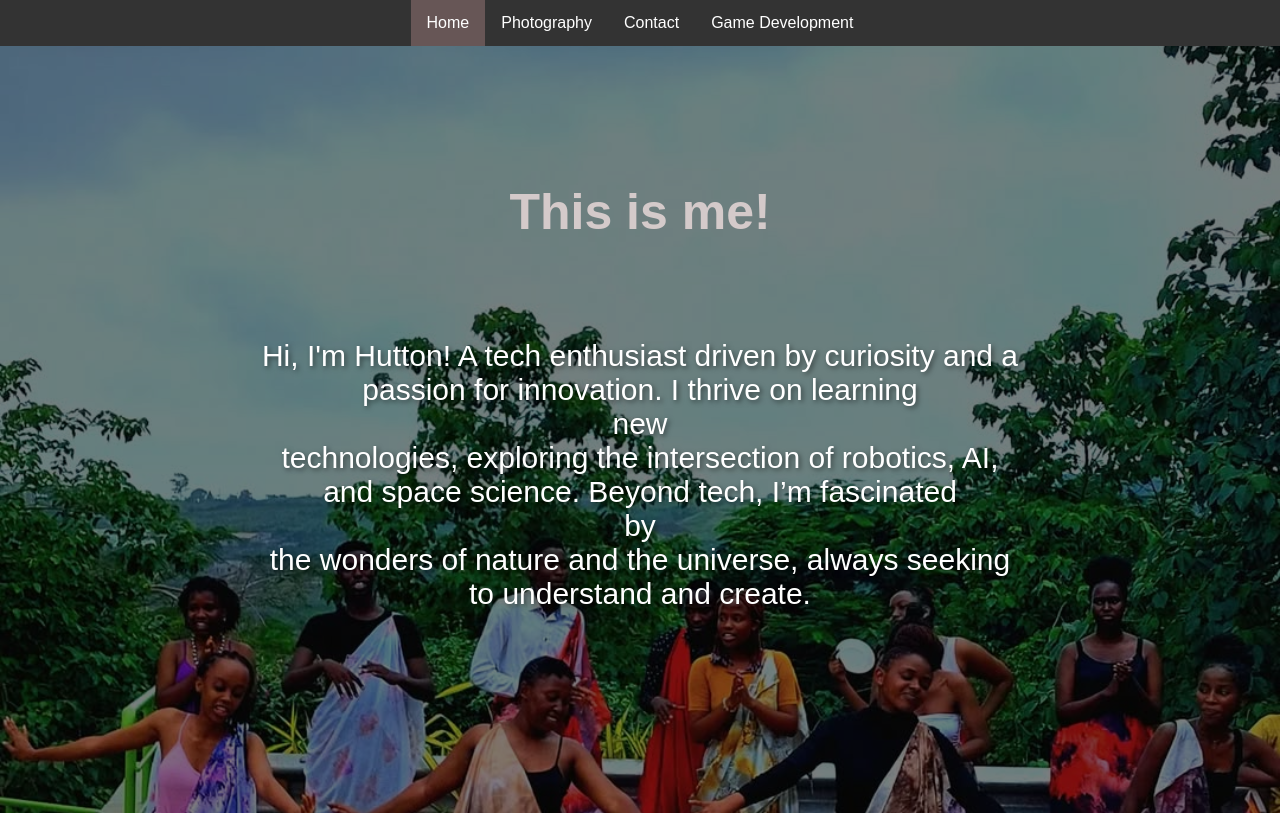
Repository: Argivist/ArgPortfolio
Page: index.html
The author's editor kept a copy of each file at every save. The page is drawn from the files as they stood at one save, then again after the next save.
The browser window is 1280 px wide. The pictures show the part of the page from y = 0 to 813 px (the page is 1515 px tall).
Pictures or frames that could not be fetched are drawn as grey boxes. Backgrounds fixed to the window are drawn as part of the page.

Above is the page before, as saved 2025-03-28 21:58:08.

### index.html
<!DOCTYPE html>
<html lang="en">

<head>
    <meta charset="UTF-8">
    <meta name="viewport" content="width=device-width, initial-scale=1.0">
    <link rel="stylesheet" href="css/styles.css">
    <link rel="stylesheet" href="css/nav.css">
    <link rel="stylesheet" href="css/home.css">

    <title>Hutton Amison-Addy</title>

    <style>
        body {
            background-color: #f0f0f0;
            font-family: 'Arial', sans-serif;
        }
    </style>
</head>

<body>
    <nav>
        <ul>
            <li class="nav-content active active-text"><a href="index.html">Home</a></li>
            <li class="nav-content"><a href="https://www.instagram.com/theworldinoneseye/">Photography</a></li>

            <li class="dropdown nav-content">
                <a href="contact.html">Contact</a>
                <ul class="dropdown-content">
                    <li><a href="https://www.linkedin.com/in/hutton-amison-addy-7b1b3b1b1/">LinkedIn</a></li>
                    <li><a href="https://www.github.com/Argivist">GitHub</a></li>
                    <li><a href="mailto:hutton.amison@ashesi.edu.gh">hutton.amison@ashesi.edu.gh</a></li>
                    <li><a href="mailto:huttonaaddy.public@gmail.com">huttonaaddy.public@gmail.com</a></li>
                </ul>
            </li>

            <li class="dropdown nav-content">
                <a href="#">Game Development</a>
                <ul class="dropdown-content">
                    <li><a href="game/index.html">Game Development Projects</a></li>
                    <li><a href="blender/index.html">Blender</a></li>
                </ul>
            </li>
        </ul>
    </nav>
    <div class="padding">
    </div>
    <div class="overlay">

        <div class="thisisme section">
            <h1>This is me!</h1>
            <p class="desc">
                Hi, I'm Hutton! A tech enthusiast driven by curiosity and a passion for innovation. I thrive on learning
                new
                technologies, exploring the intersection of robotics, AI, and space science. Beyond tech, I’m fascinated
                by
                the wonders of nature and the universe, always seeking to understand and create.
            </p>
        </div>

        <div class="interests section">
            <h2 class="mi">My Interests</h2>

            <div class="interest robotics">
              <div class="intdesc">
                <h3>AI and Robotics</h3>
                <p>Currently learning about AI and Robotics; add more details here.</p>
              </div>
            </div>

            <div class="interest gamedev">
              <div class="intdesc">
                <h3>Game Development</h3>
                <p><!-- TODO: describe game dev passion --></p>
              </div>
            </div>

            <div class="interest space">
              <div class="intdesc">
                <h3>Space &amp; the Universe</h3>
                <p>Exploring the cosmos and beyond.</p>
              </div>
            </div>

            <div class="interest stem">
              <div class="intdesc">
                <h3>STEM in General</h3>
                <p>Passionate about all things science and technology.</p>
              </div>
            </div>

            <div class="interest nature">
              <div class="intdesc">
                <h3>Nature</h3>
                <p>Connecting with the natural world.</p>
              </div>
            </div>

            <div class="interest f1">
              <div class="intdesc">
                <h3>Formula 1</h3>
                <p class="desclong">Which sport spans the globe, with races stretching for miles and keeping you on edge, where drivers and teams extract every possible advantage with no margin for error.</p>
              </div>
            </div>
          </div>



    </div>

    </div>



</body>

</html>

### css/styles.css
body{
    height: 100%;
    margin: 0;
    padding: 0;
}

 p {
    white-space: pre-line; /* preserves newlines, but collapses extra spaces */
  }
  .overlay {
    /* position: fixed; */
    position: absolute;
    left: 0;
    width: 100%;
    /* height: 100%; */
    background-color: rgba(0, 0, 0, 0.5); /* Adjust opacity as needed */
    z-index: -1; /* Keeps it behind your content */
}

### css/nav.css
/* 1. Define default variables in :root */


/* NAV Content and Dropdown */
.nav-content {
    position: relative;
    display: inline-block;
}

.dropdown {
    position: relative; /* For proper absolute positioning of its child */
    display: inline-block;
}

.dropdown:hover .dropdown-content {
    display: block;
}

.dropdown-content {
    display: none;
    position: absolute; /* This makes it overlay other elements without affecting layout */
    background-color: var(--dropdown-bg);
    min-width: 160px;
    box-shadow: 0px 8px 16px 0px rgba(0,0,0,0.2);
    z-index: 1;
}

/* Nav Stylisation */
nav {
    background-color: var(--nav-bg);
    position: fixed;
    top: 0;
    left: 0;
    width: 100vw;
    z-index: 100;
    display: flex;
    justify-content: center;  /* Centers the nav content horizontally */
    align-items: center;      /* Vertically centers items */
    margin: 0;
    color: var(--nav-link-color);
}

/* Reserve space for the fixed navbar */
.padding {
    height: 35px;  /* Adjust this value to match your navbar's height */
    top: 0;
    left: 0;
    width: 100%;
    bottom: 0;
}

/* Nav List Styles */
nav ul {
    list-style-type: none;
    margin: 0;
    padding: 0;
    display: flex;
}

nav ul li {
    display: inline-block;
    margin: 0;
    text-align: center;
    /* If you want each <li> to match nav’s background: */
    background-color: var(--nav-bg);
}

/* Nav Links */
nav ul li a {
    display: block;
    color: var(--nav-link-color);
    text-align: center;
    padding: 14px 16px;
    text-decoration: none;
}

nav ul li a:hover {
    background-color: var(--nav-link-hover-bg);
    color: var(--nav-link-active-color);
}

/* Optional: Ensure dropdown list items take full width */
.dropdown ul li {
    width: 100%;
}

/* Active link styling */
.active {
    background-color: var(--active-bg);
    /* color: var(--nav-link-active-color); */
    text-decoration: none;
}
/* If .active is on the <li>, target the <a> inside */
.active-text{
    color: var(--nav-link-active-color);
}

### css/home.css
/* Custom Theme variables */
:root {
    --nav-bg: #333;
    --nav-link-color: #fff;
    --nav-link-hover-bg: #111;
    --dropdown-bg: #f9f9f9;
    --active-bg: #675656;
    --body-text-color: #f5c646;      /* General text color */
    --heading-text-color: #d4caca;   /* Headings, if desired */
    --interest-hover: #ffffff50;       /* Hover color for interest items */
}


h1 {
    color: var(--heading-text-color);
    font-size: 50px;
    text-align: center;
    /* text-shadow: 2px 2px 5px rgba(0, 0, 0, 0.5); */
}

/* p {

    color: var(--body-text-color);
    font-size: 30px;
    text-align: center;
    /* text-shadow: 2px 2px 5px rgba(0, 0, 0, 0.5); */
/*} */
.desc{
    color: var(--nav-link-color);
    font-size: 30px;
    text-align: center;
    text-shadow: 2px 2px 5px rgba(0, 0, 0, 0.5);
    /* large gap between left and right edges */
    margin-left: 20%;
    margin-right: 20%;
}

body {
    background-image:url('../img/home.jpeg');
    background-size:cover;    /* Ensures the image covers the whole screen */
    background-repeat: no-repeat;  /* Prevents tiling */
    background-position: center 15%;
    /* fixed bg */
    background-attachment: fixed;
    bottom: 0;
    /*  */
    /* background-position: center;   Centers the image */
}

/* Root variables for theme colors */
:root {
    --nav-link-color: #fff;
    --interest-hover-bg: rgba(255, 255, 255, 0.8);
    --interest-text-color: #333;
}


.section{
    display: flex;
    flex-direction: column;
    justify-content: center;
    align-items: center;
    height: 100vh;
}
.mi{
    padding: 20px;
    font-size: 4em;
    color: var(--nav-link-color);
}
/* Container for all interests */
.interests {
    display: grid;
    grid-template-columns: repeat(auto-fit, minmax(300px, 1fr));
    gap: 20px;
    max-width: 1200px;
    margin: 0 auto;
    padding: 20px;
}

/* Individual interest item */
.interest {

    position: relative;
    background-size: cover;
    background-position: center;
    aspect-ratio: 16 / 9; /* Adjusts height relative to width */
    overflow: hidden;
    cursor: pointer;
}

/* Background images for specific interests */
.f1 {
    background-image: url('https://corp.formula1.com/wp-content/uploads/2023/02/GettyImages-1240545798-scaled.jpg');
}
.space{
    background-image: url('https://scalar.chapman.edu/scalar/interior-space---a-visual-exploration-of-the-international-space-station-photographs-by-paolo-nespo/media/Endeavour%20dock%20ISS%20symmetric.jpg');
}
.robotics{
    background-image: url('https://www.roboticgizmos.com/wp-content/uploads/2022/11/17/Limo-AI-Modular-Mobile-Robot-640x469.jpg');
}
.gamedev{
    background-image: url('https://tutorials.eu/wp-content/uploads/2020/04/unity4.jpg');
}
.stem{
    background-image: url('https://www.edsmart.org/wp-content/uploads/2024/04/what_does_STEM_mean.jpg');
}
.nature{
    background-image: url('../img/nature.jpg');
}


/* https://scalar.chapman.edu/scalar/interior-space---a-visual-exploration-of-the-international-space-station-photographs-by-paolo-nespo/media/Endeavour%20dock%20ISS%20symmetric.jpg */

/* Description container */
.intdesc {
    position: absolute;
    top: 0;
    left: 0;
    width: 100%;
    height: 100%;
    background-color: transparent;
    color: var(--nav-link-color);
    display: flex;
    flex-direction: column;
    justify-content: center;
    align-items: center;
    padding: 20px;
    box-sizing: border-box;
    transition: background-color 1s ease, color 1s ease;
}

/* Title styling */
.intdesc h3 {
    margin: 0;
    font-size: 1.8em;
    text-align: center;
}
/* Description paragraph initially hidden and collapsed */
.intdesc p {
    opacity: 0;
    max-height: 0;
    overflow-y: hidden;
    transition: opacity 0.5s ease, max-height 0.5s ease;
  }

  /* On hover, expand the paragraph */
  .intdesc:hover p {
    opacity: 1;
    max-height: 150px;  /* Adjust this value to suit your design */
    overflow-y: auto;
  }


/* Description paragraph */



/* Hover effects */
.interest:hover .intdesc {
    background-color: var(--interest-hover-bg);
    color: var(--interest-text-color);
}
.interest:hover h3,p {
    color: white;
    transition: color 1s ease;
}

/* each casse */




.interest:hover .intdesc i {
    opacity: 1;
}
/* hover */
.f1:hover .intdesc {
    background-color:rgba(255, 0, 0, 0.582);
}
.space:hover .intdesc {
    background-color:rgba(0, 0, 255, 0.582);
}
.robotics:hover .intdesc {
    background-color:rgba(0, 255, 0, 0.582);
}
.gamedev:hover .intdesc {
    background-color:rgba(255, 255, 0, 0.582);
}
.stem:hover .intdesc {
    background-color:rgba(255, 0, 255, 0.582);
}
.nature:hover .intdesc {
    background-color:rgba(0, 255, 255, 0.582);
}

.desclong{
    margin: 0;
    padding: 0;
    bottom:-100%;
}

After the next save:
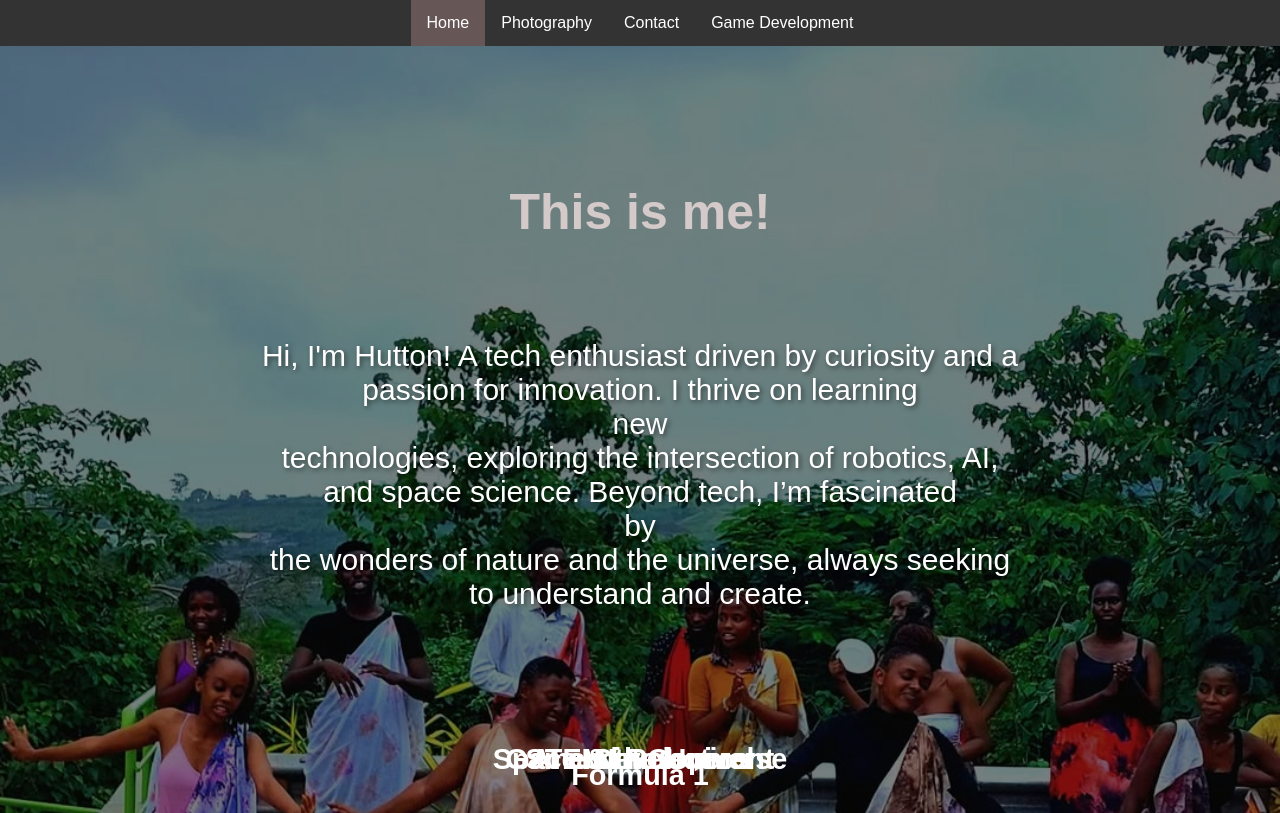
Saved 4 min 48 s later.
--- a/css/home.css
+++ b/css/home.css
@@ -78,7 +78,7 @@
 }
 
 /* Individual interest item */
-.interest {
+/* .interest {
 
     position: relative;
     background-size: cover;
@@ -86,7 +86,18 @@
     aspect-ratio: 16 / 9; /* Adjusts height relative to width */
     overflow: hidden;
     cursor: pointer;
-}
+} */
+
+.interest {
+    position: relative;
+    /* background-size, background-position remain the same */
+    /* Remove aspect-ratio or set to 'auto' */
+    /* aspect-ratio: 16 / 9; */
+    overflow: hidden;
+    cursor: pointer;
+    min-height: 200px; /* Provide a minimum height so it doesn’t collapse */
+  }
+
 
 /* Background images for specific interests */
 .f1 {

After the 2 saves that followed:
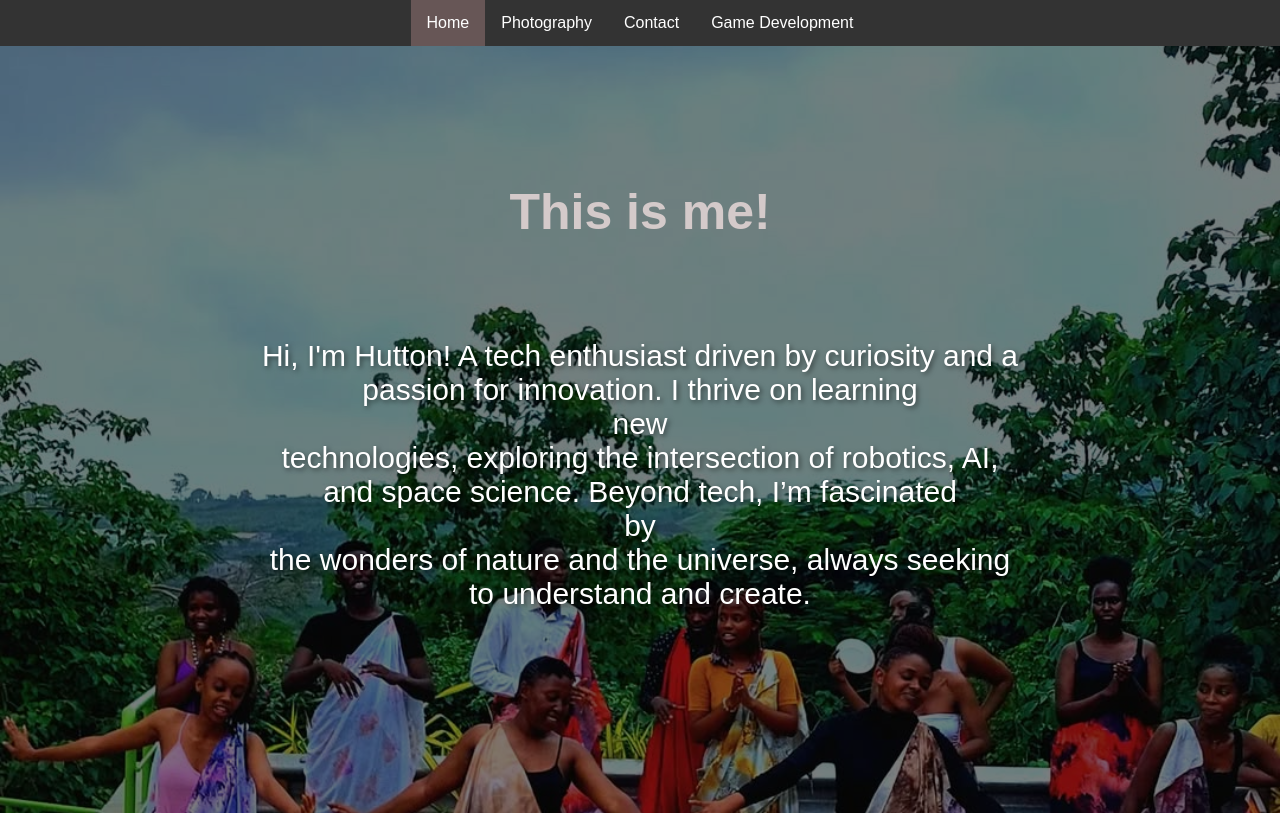
The 2 saves are shown as one change because 1 left the picture as it was.
The last was saved 35 s later.
--- a/css/home.css
+++ b/css/home.css
@@ -78,7 +78,7 @@
 }
 
 /* Individual interest item */
-/* .interest {
+.interest {
 
     position: relative;
     background-size: cover;
@@ -86,17 +86,8 @@
     aspect-ratio: 16 / 9; /* Adjusts height relative to width */
     overflow: hidden;
     cursor: pointer;
-} */
-
-.interest {
-    position: relative;
-    /* background-size, background-position remain the same */
-    /* Remove aspect-ratio or set to 'auto' */
-    /* aspect-ratio: 16 / 9; */
-    overflow: hidden;
-    cursor: pointer;
-    min-height: 200px; /* Provide a minimum height so it doesn’t collapse */
-  }
+}
+
 
 
 /* Background images for specific interests */
